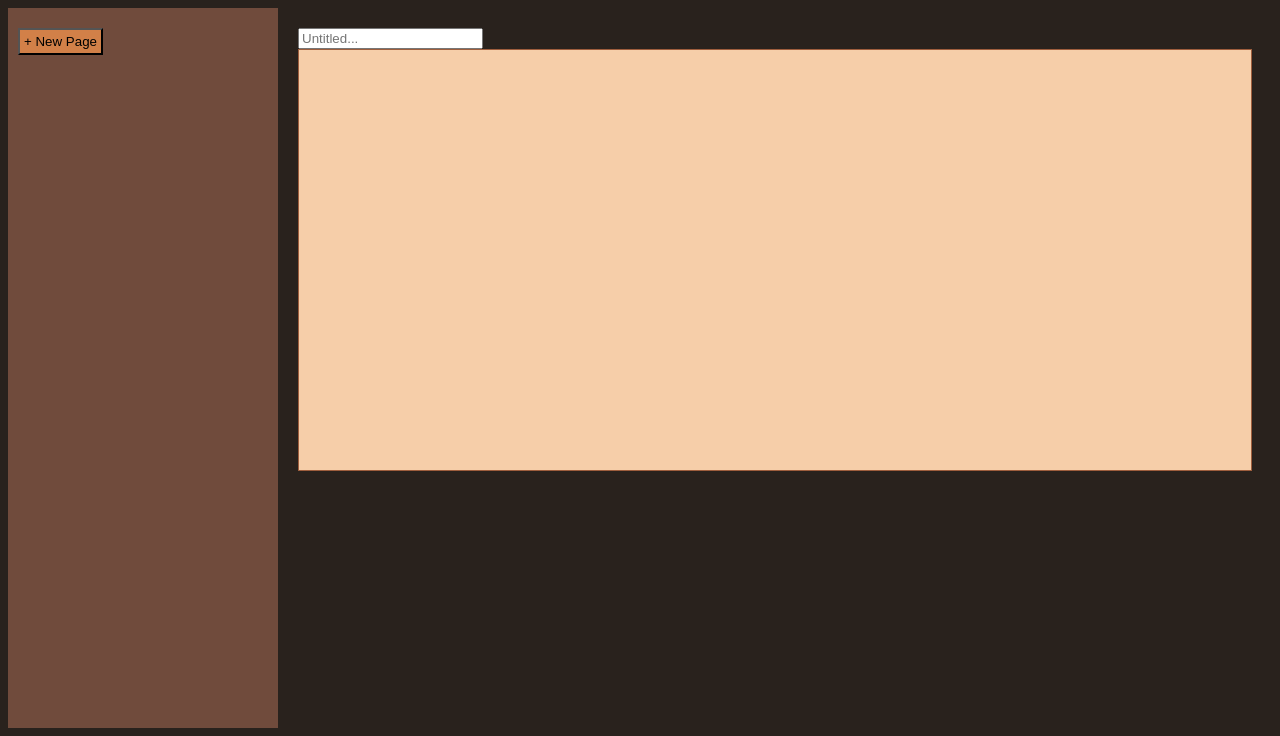
Repository: Dharshinimk-521/notes-app
Page: index.html
An editor plug-in stored every save of this project. The page is shown before and after the next save, followed by the edit.
The browser window is 1280 px wide. The pictures show the whole page.

Above is the page before, as saved 2026-04-18 20:00:43.

After the next save:
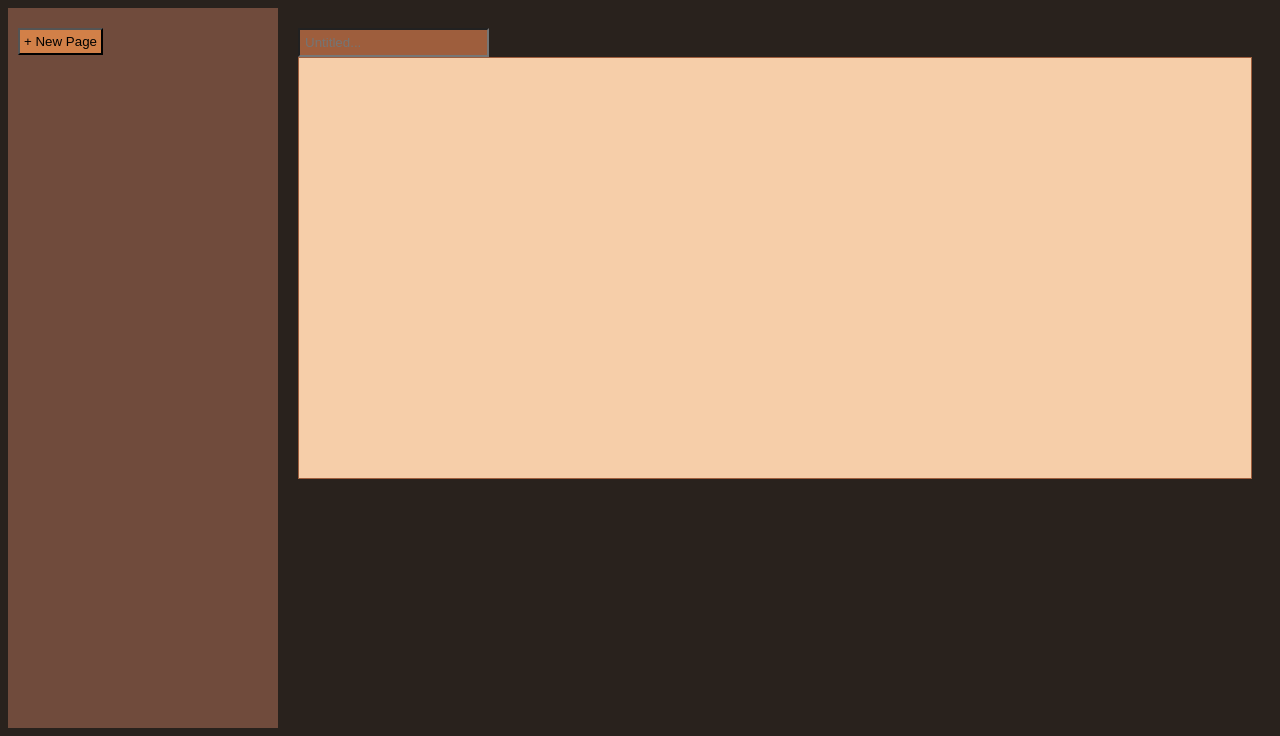
Saved 35 s later.
--- a/style.css
+++ b/style.css
@@ -30,3 +30,7 @@ body{
  padding: 4px;
  margin-top: 10px;
 }
+#pageTitle{
+    padding:5px;
+    background-color: #9E5E3D;
+}
